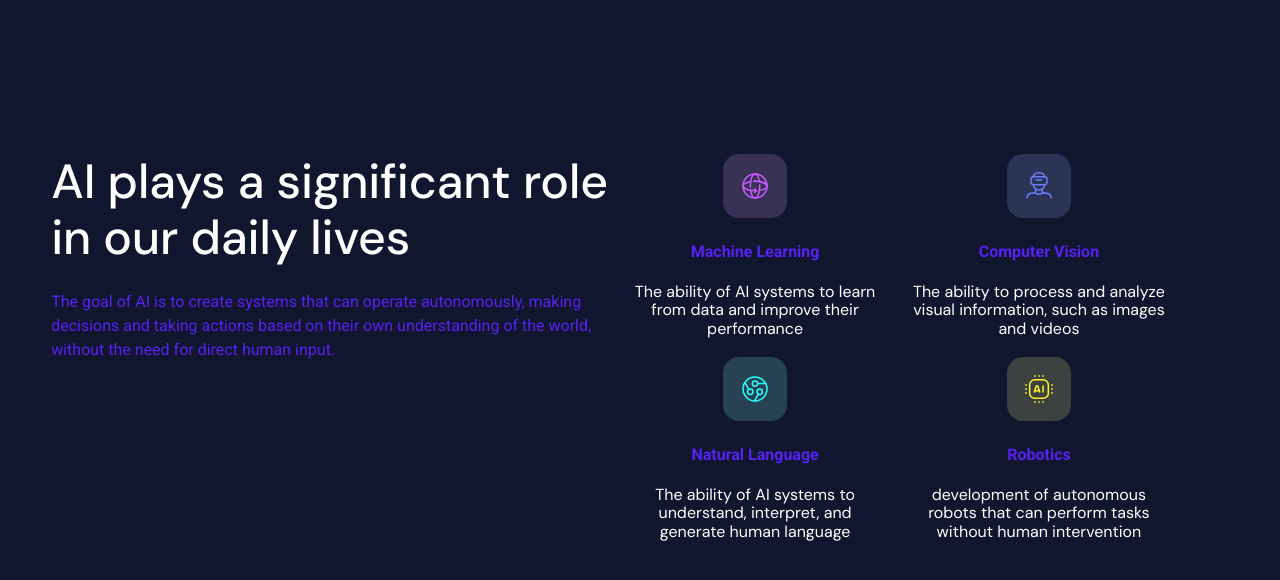
Repository: alphatra/INVO-Academy
Page: / (app in [lvl 1] Sekcja 4 obszarów AI/Starter-code/)
An editor plug-in stored every save of this project. The page is shown before and after the next save, followed by the edit.
The browser window is 1280 px wide. The pictures show the whole page.
The project was rebuilt for these pictures with package versions that can differ from the ones it lists, and the page was loaded fresh each time.

Above is the page before, as saved 2023-03-09 19:58:53.
Console error: TypeError: Cannot read properties of null (reading 'addEventListener')

### [lvl 1] Sekcja 4 obszarów AI/Starter-code/index.html
<!DOCTYPE html>
<html lang="en">

<head>
  <meta charset="UTF-8" />
  <link rel="icon" type="image/svg+xml" href="/vite.svg" />
  <meta name="viewport" content="width=device-width, initial-scale=1.0" />
  <title>INVO Academy JS Starter with Vite</title>
</head>

<!-- In order to start your challenge, remove all the content inside <div id="home-page"></div> and start coding :) -->

<body>
  <section class="hero">
    <div class="hero__header">
      <div class="hero__title"><span>AI plays a significant role in our daily lives</span></div>
      <div class="hero__description">
        The goal of AI is to create systems that can operate
        autonomously, making decisions and taking actions based on
        their own understanding of the world, without the need for direct human input.
      </div>
    </div>

    <div class="hero__categories">
      <div class="categories__category">
        <div class="categories__image">
          <img src="/public/images/ML.svg" alt="Machine Learning">
        </div>
        <h4>Machine Learning</h4>
        <span>The ability of AI systems to learn from data and improve their performance</span>
      </div>
      <div class="categories__category">
        <div class="categories__image">
          <img src="/public/images/CV.svg" alt="Computer Vision">
        </div>
        <h4>Computer Vision</h4>
        <span>The ability to process and analyze visual information, such as images and videos</span>
      </div>
      <div class="categories__category">
        <div class="categories__image">
          <img src="/public/images/NL.svg" alt="Natural Language">
        </div>
        <h4>Natural Language</h4>
        <span> The ability of AI systems to understand, interpret, and generate human language</span>
      </div>
      <div class="categories__category">
        <div class="categories__image">
          <img src="/public/images/AI.svg" alt="Robotics">
        </div>
        <h4>Robotics</h4>
        <span>development of autonomous robots that can perform tasks without human intervention</span>
      </div>
    </div>
  </section>


  <script type="module" src="/src/global-scripts/main.js"></script>
  <script type="module" src="/src/pages/home-page/scripts/home-page.js"></script>
</body>

</html>

### [lvl 1] Sekcja 4 obszarów AI/Starter-code/src/pages/home-page/scripts/home-page.js
/// Homepage JavaScript File
/// Here we import all the JavaScript files we need for our homepage.

import '../styles/home-page.scss'

import { setupCounter } from '../../../global-scripts/scripts/counter/counter.js'

setupCounter(document.querySelector('#counter'))

### [lvl 1] Sekcja 4 obszarów AI/Starter-code/src/global-styles/style.scss
/// Main Styles File
/// Here we import all the global Styles files we need for our project.

@import "styles/normalize.scss";
@import "styles/root.scss";
@import "styles/fonts.scss";

body {
  font-family: 'Roboto', sans-serif;
  color: var(--color-primary);
}

p {
  color: var(--color-on-surface);
}

### [lvl 1] Sekcja 4 obszarów AI/Starter-code/src/pages/home-page/styles/home-page.scss
    /// Homepage Styles File
    /// Here we import all the Styles files we need for our Homepage.

    body {
        background-color: #0F162D;
    }

    h1,
    p,
    span {
        font-family: 'DM Sans', sans-serif;
        color: white;
    }

    .hero {
        margin-top: 12%;
        padding: 0 4%;
        display: flex;
        align-items: flex-start;

        &__header {
            margin-right: auto;
            }

        &__title{
            margin-block-start: 0;
            font-size: 48px;
            line-height: 56px;
            font-weight: 500;
            letter-spacing: -0.002em;
            margin-bottom: 24px
        }
        &__description{
            font-size: 16px;
            line-height: 24px;
            font-weight: 400;
        }
        &__categories {
            display: grid;
            margin-right: 5%;
            grid-template-columns: repeat(2, minmax(45%, 1fr));
            column-gap: 4%;
            row-gap: 5%;
            text-align: center;

            &__category {
                background: #272D42;
                border-radius: 24px;
                color: white;
                padding-top: 24px;
                padding-bottom: 24px;
                padding-left: 16px;
                padding-right: 16px;
                transition: box-shadow 0.2s ease-in-out;

                * {}

                h4 {
                    font-size: 20px;
                    line-height: 0px;
                    font-weight: 500;
                }

                span {
                    font-size: 16px;
                    line-height: 24px;
                    font-weight: 400;
                    opacity: 0.5;
                }
            }

            &__category:hover {
                box-shadow: 0 0 10px #fff, 0 0 20px #fff, 0 0 40px #0F162D, 0 0 60px #0F162D;
            }
        }

        @media screen and (max-width: 834px) {
            main {
                display: grid;
                gap: 5%;
                margin-top: 30%;
                padding: 0 20%;
            }

            .header {
                margin-right: 0;

                &__text {
                    margin-right: 0;
                    padding: 0;
                }
            }

            .categories {
                margin-right: auto;

            }
        }

        @media screen and (max-width: 375px) {
            main {
                margin-top: 14%;
                gap: 2%;
                display: grid;
                flex-direction: column;
                padding: 0 5%;
            }

            .header {
                &__text {
                    h1 {
                        font-size: 32px;
                        line-height: 40px;
                    }

                    span {
                        font-size: 16px;
                        line-height: 24px;
                    }
                }
            }

            .categories {
                grid-template-columns: repeat(1, 100%);
                row-gap: 3%;
            }

        }
    }

### [lvl 1] Sekcja 4 obszarów AI/Starter-code/src/global-scripts/scripts/counter/counter.js
/// Sample js file for demo purposes
/// Remember to always export your functions
/// so that they can be used in other files

export function setupCounter(element) {
  let counter = 0
  const setCounter = (count) => {
    counter = count
    element.innerHTML = `script test - count is ${counter}`
  }
  element.addEventListener('click', () => setCounter(counter + 1))
  setCounter(0)
}

### [lvl 1] Sekcja 4 obszarów AI/Starter-code/src/global-styles/styles/root.scss
/// Root Styles file
/// Here we define all the root variables we need for our project.
/// For examples see Material Design color system: https://m2.material.io/design/color/the-color-system.html

:root {
    --color-primary: #5721f2;
    --color-on-surface: #000;
}

### [lvl 1] Sekcja 4 obszarów AI/Starter-code/src/global-styles/styles/fonts.scss
/// Main Fonts File
/// Here we import all the fonts files we need for our project.

@import url('https://fonts.googleapis.com/css2?family=Roboto:ital,wght@0,100;0,300;0,400;0,500;0,700;0,900;1,100;1,300;1,400;1,500;1,700;1,900&display=swap');
@import url('https://fonts.googleapis.com/css2?family=DM+Sans:wght@400;500&display=swap');

Loaded but not shown: [lvl 1] Sekcja 4 obszarów AI/Starter-code/src/global-scripts/main.js (common file); [lvl 1] Sekcja 4 obszarów AI/Starter-code/src/global-styles/styles/normalize.scss (common file)

After the next save:
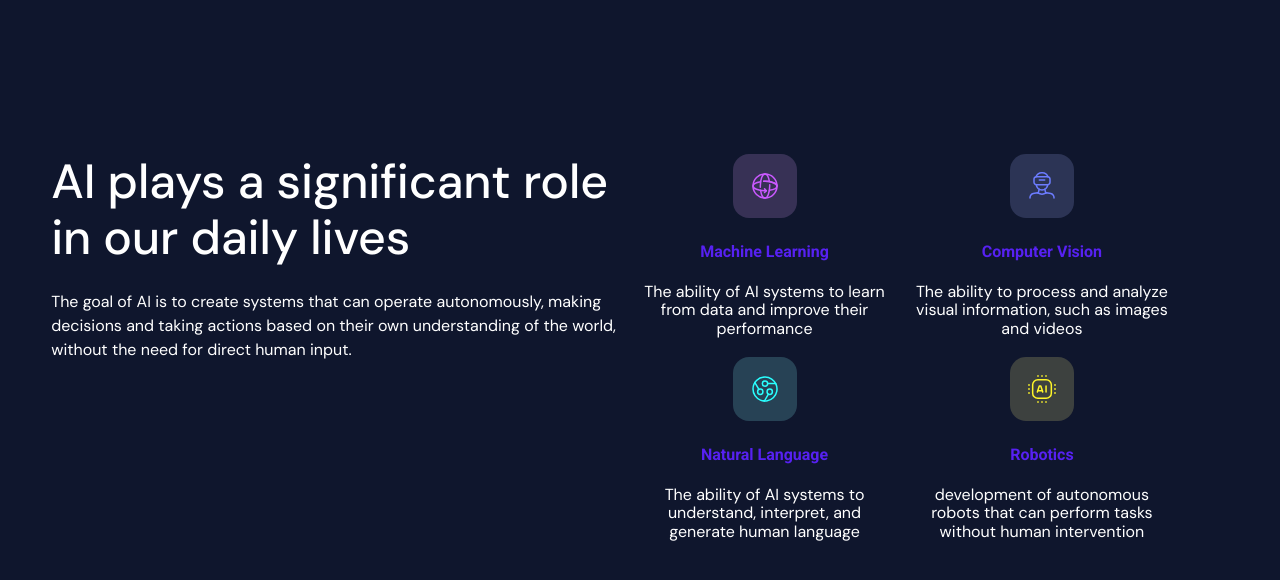
Saved 12 s later.
--- a/[lvl 1] Sekcja 4 obszarów AI/Starter-code/index.html
+++ b/[lvl 1] Sekcja 4 obszarów AI/Starter-code/index.html
@@ -15,9 +15,10 @@
     <div class="hero__header">
       <div class="hero__title"><span>AI plays a significant role in our daily lives</span></div>
       <div class="hero__description">
-        The goal of AI is to create systems that can operate
-        autonomously, making decisions and taking actions based on
-        their own understanding of the world, without the need for direct human input.
+        <span>The goal of AI is to create systems that can operate
+          autonomously, making decisions and taking actions based on
+          their own understanding of the world, without the need for direct human input.</span>
+
       </div>
     </div>
 
